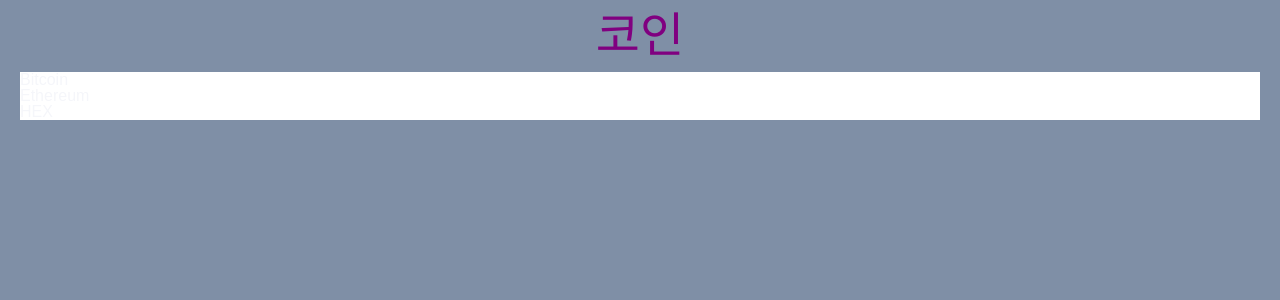
Repository: SeungYn/react-nomad
Page: / (app in cryptotracker/)
An editor plug-in stored every save of this project. The page is shown before and after the next save, followed by the edit.
The browser window is 1280 px wide. The pictures show the whole page.
The project was rebuilt for these pictures with package versions that can differ from the ones it lists, and the page was loaded fresh each time. Also part of the build but not shown: cryptotracker/src/routes/Coin.tsx.

Above is the page before, as saved 2023-01-04 12:49:05.

After the next save:
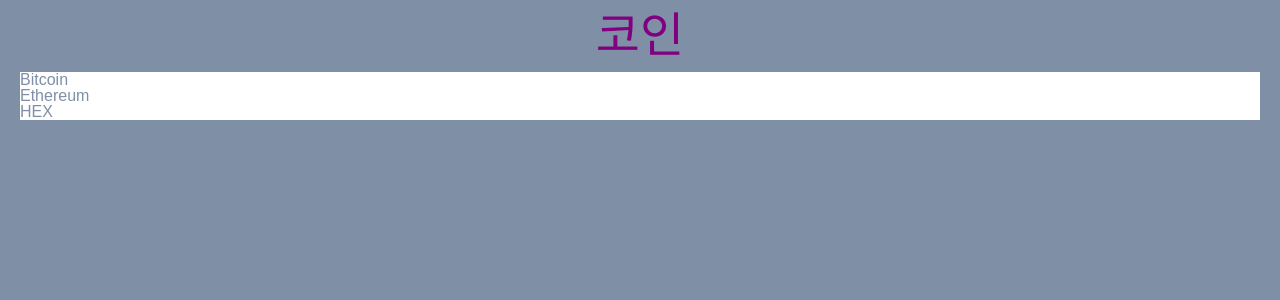
Saved 11 s later.
--- a/cryptotracker/src/routes/Coins.tsx
+++ b/cryptotracker/src/routes/Coins.tsx
@@ -15,6 +15,7 @@
 
 const Coin = styled.li`
   background-color: white;
+  color: ${(props) => props.theme.bgColor};
 `;
 
 const Title = styled.h1`
